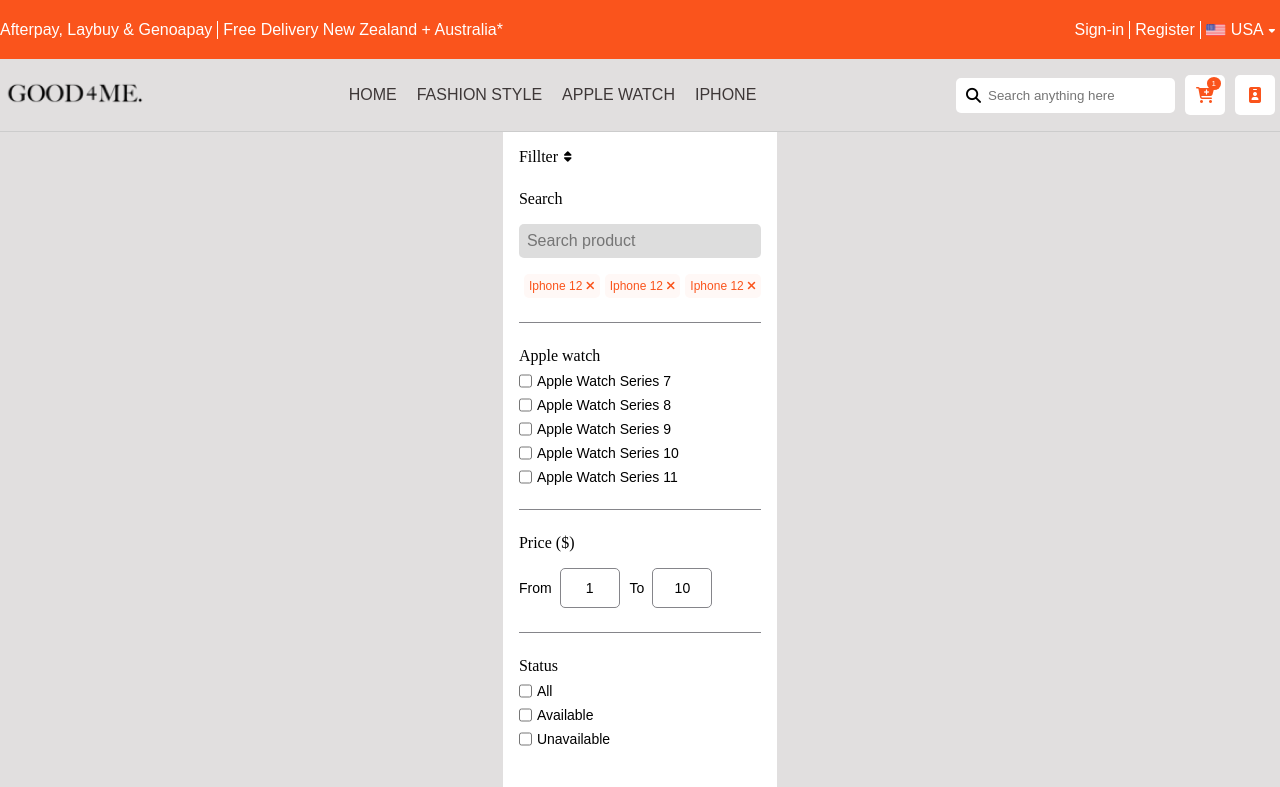
Repository: Ngoc28/Shoppe-web
Page: html/category.html
An editor plug-in stored every save of this project. The page is shown before and after the next save, followed by the edit.
The browser window is 1280 px wide. The pictures show the whole page.
Some web fonts or font styles are not loaded; a fallback is used.

Above is the page before, as saved 2023-08-08 14:50:34.

After the next save:
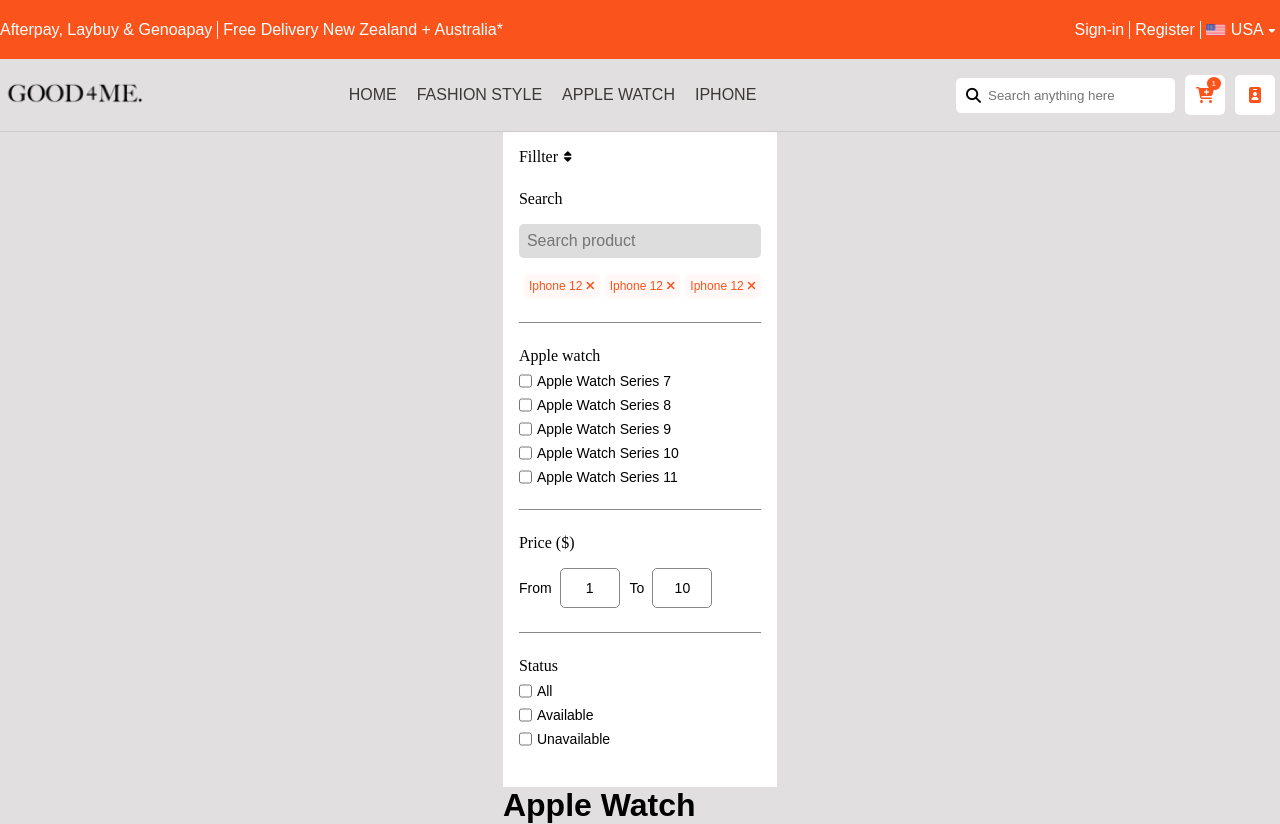
Saved 52 s later.
--- a/html/category.html
+++ b/html/category.html
@@ -158,7 +158,11 @@
             </div>
             <!-- Product -->
             <div class="container-product">
-
+                <div class="fashion-heading-block">
+                    <h1 class="fashion-heading">Apple Watch
+                        <div class="boder-bottom"></div>
+                    </h1>
+                </div>
             </div>
         </div>
     </div>
